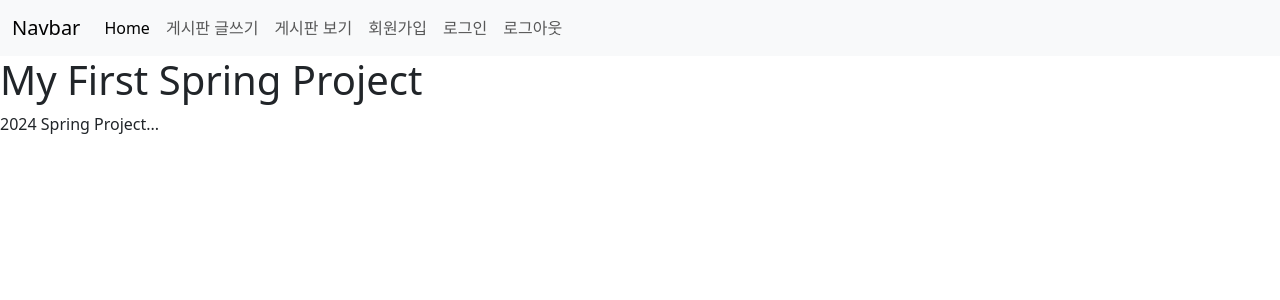
Repository: leegangjin/springTest240430
Page: http://localhost/spring_study/WEB-INF/views/index.jsp
These files come from the project's save history. The page is drawn as it stood at one moment and after the next save; the edit follows.
The browser window is 1280 px wide. The pictures show the whole page.
The page is served by Tomcat 9. Nobody is signed in. The template is opened directly, without the code that normally fills it, so the values that code supplies are empty.

Above is the page before, as saved 2024-04-25 08:01:17.

After the next save:
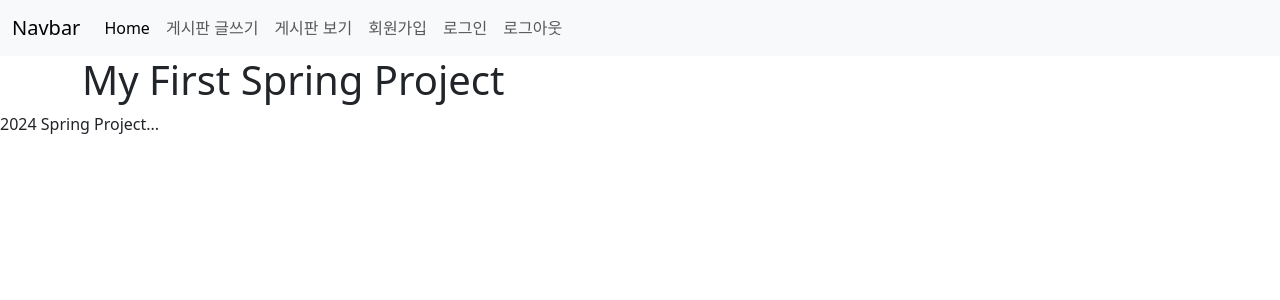
Saved 11 s later.
--- a/spring_study/src/main/webapp/WEB-INF/views/index.jsp
+++ b/spring_study/src/main/webapp/WEB-INF/views/index.jsp
@@ -4,7 +4,7 @@ pageEncoding="UTF-8" %>
 
 
 <jsp:include page="layout/header.jsp"></jsp:include>
-<div>
+<div class="container-md">
 <h1>
 My First Spring Project
 </h1>
